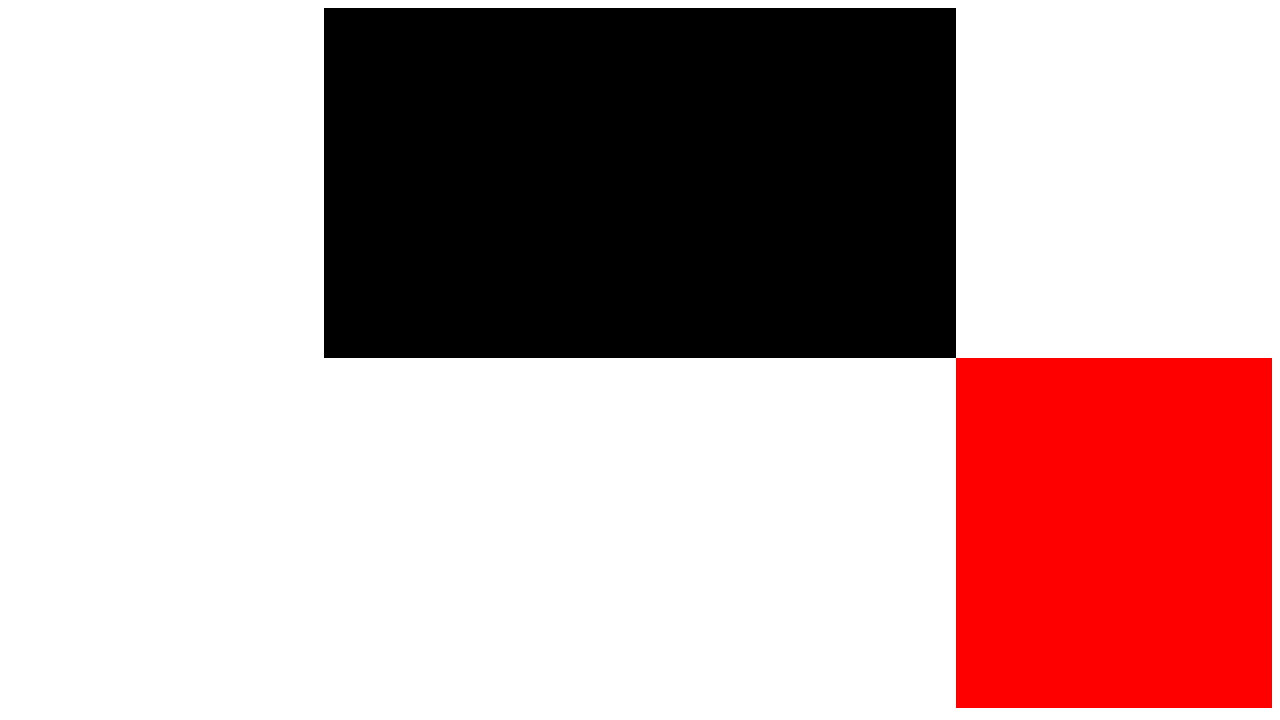
Repository: robvollmar/LHWDivision
Page: index.html
The author's editor kept a record of every edit. The page is drawn from the files as they stood at one moment, then again after the next edit.
The browser window is 1280 px wide. The pictures show the whole page.

Above is the page before.

### index.html
<!DOCTYPE html>
<html>
<head>
    <link type="text/css" rel="stylesheet" href="stylesheet.css"/>
    <title>UFC Light Heavyweight Division</title>
</head>
    <body>
    <div class="topleft">

    </div>

        <div class="topmiddle">
            <span class="toptext">
                <strong><em>Ultimate Fighting Championship</em></strong>
                <p><strong><em>Light Heavyweight Divison (205 lb max.)</em></strong>
                </p>
            </span>
        </div>
        <div class="topright">

    </div>


</body>
</html>

### stylesheet.css
.body



.topleft {background-color:yellow;
        height:350px;
        width:25%;
        float: left;
        clear:left;

        ;
}

.topmiddle {background-color: black;
      height: 350px;
      width: 50%;
      margin-left: auto;
      margin-right: auto;
      }

.toptext {color: black;
        font-family: Helvetica, sans-serif;

        }

.topright {background-color:red;
            height:350px;
            width:25%;
            float: right;
            }







}

After the next edit:
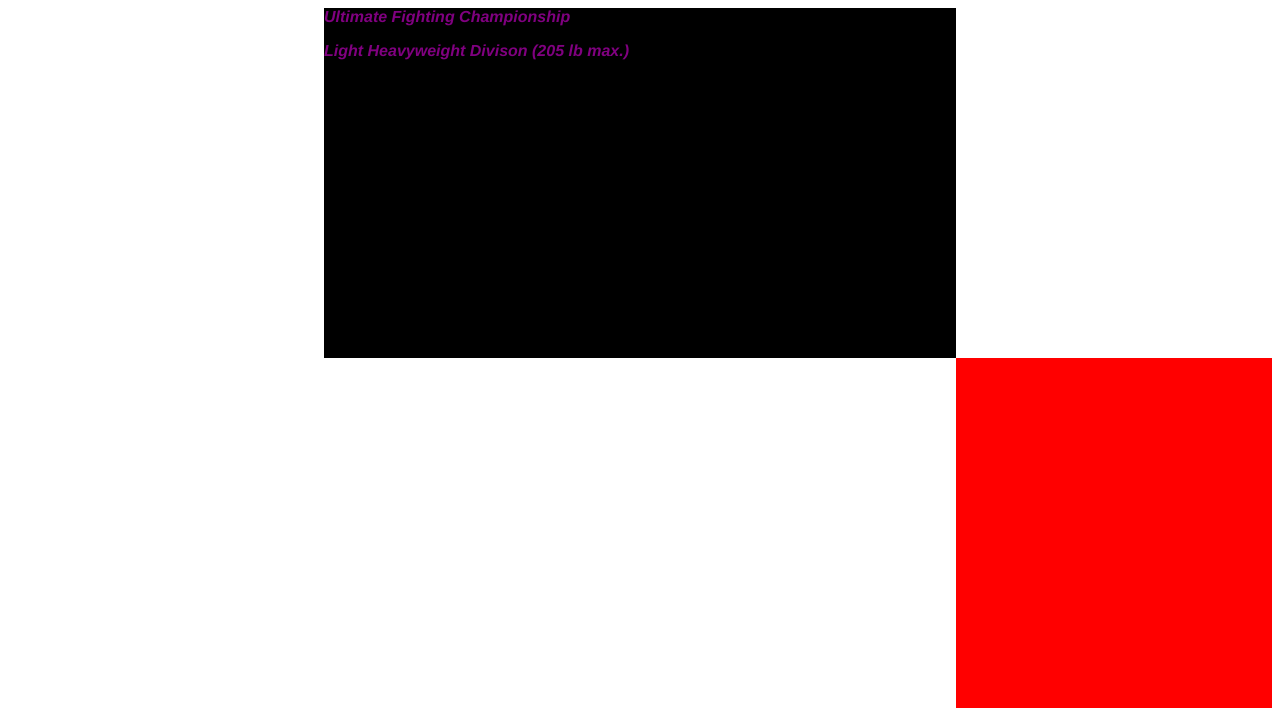
The edit:
--- a/stylesheet.css
+++ b/stylesheet.css
@@ -18,7 +18,7 @@
       margin-right: auto;
       }
 
-.toptext {color: black;
+.toptext {color: purple;
         font-family: Helvetica, sans-serif;
 
         }
